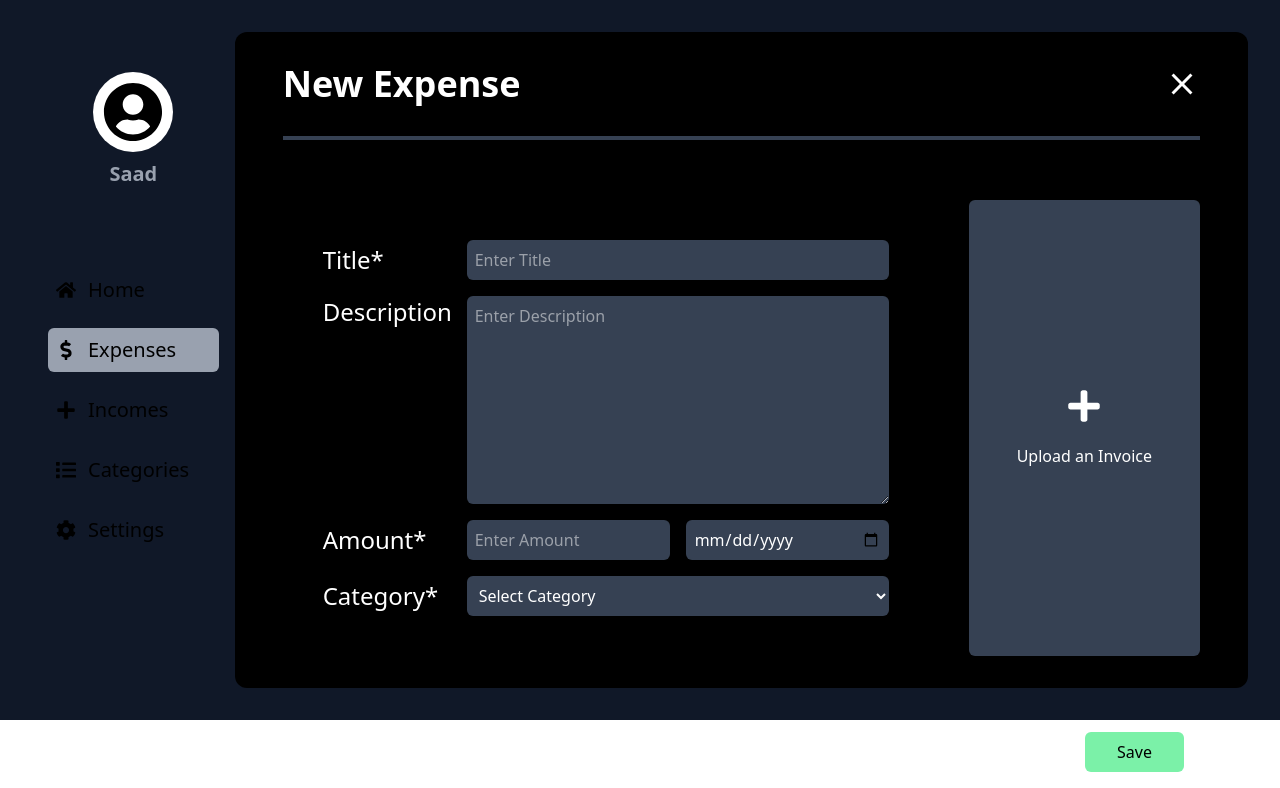
Repository: saad-naveed-brainx/Expense
Page: /expenses
The author's editor kept a copy of each file at every save. The page is drawn from the files as they stood at one save, then again after the next save.
The browser window is 1280 px wide. The pictures show the whole page.
The project was rebuilt for these pictures with package versions that can differ from the ones it lists, and the page was loaded fresh each time. Also part of the build but not shown: vite.config.js, src/components/LandingPage.jsx, src/components/NotUsed.jsx.

Above is the page before, as saved 2025-09-04 17:36:36.

After the next save:
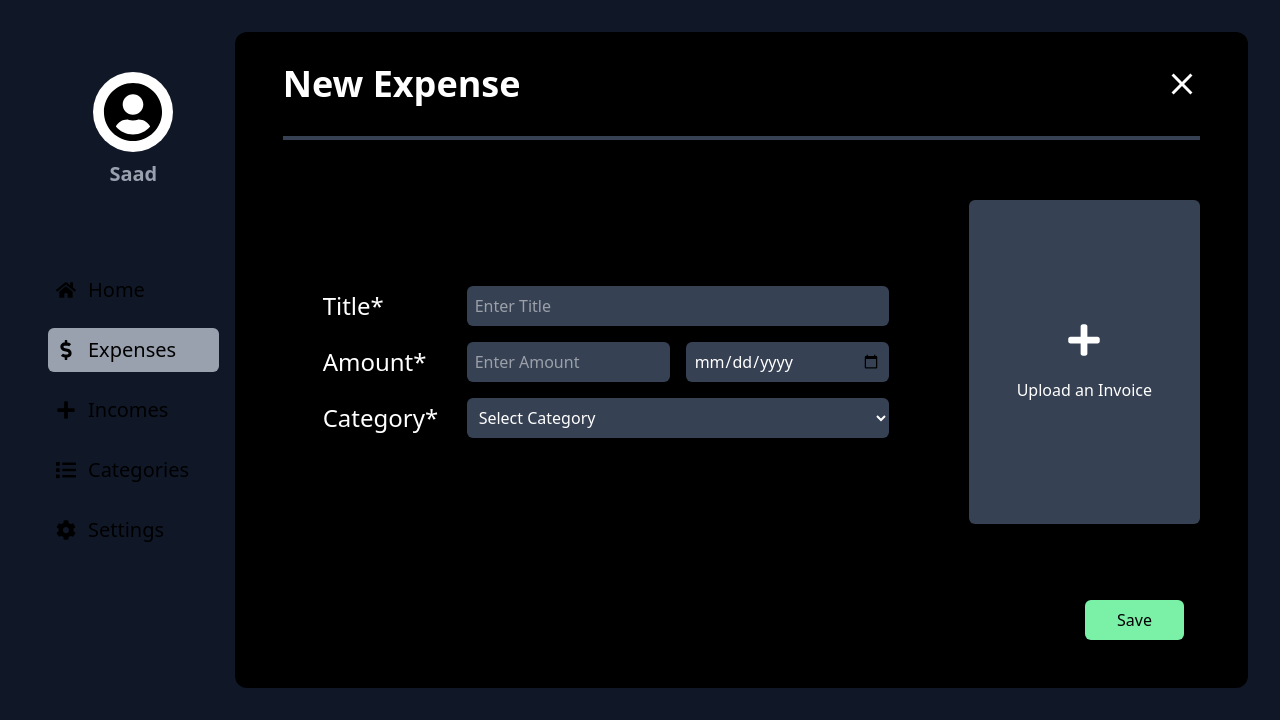
Saved 10 s later.
--- a/src/components/Expenses.jsx
+++ b/src/components/Expenses.jsx
@@ -32,10 +32,7 @@ export default function Expenses() {
               <h1 className='text-2xl w-32 shrink-0'>Title*</h1>
               <input type="text" placeholder='Enter Title' className='bg-gray-700 rounded-md p-2 flex-1 min-w-0' {...register("title", {required:true})} />
             </div>
-            <div className='flex gap-4 items-start'>
-              <h1 className='text-2xl w-32 shrink-0'>Description</h1>
-              <textarea rows="8" type="text" placeholder='Enter Description' className='bg-gray-700 rounded-md p-2 flex-1 min-w-0' {...register("description")} />
-            </div>
+
             <div className='flex gap-4 items-center'>
               <h1 className='text-2xl w-32 shrink-0'>Amount*</h1>
               <input
